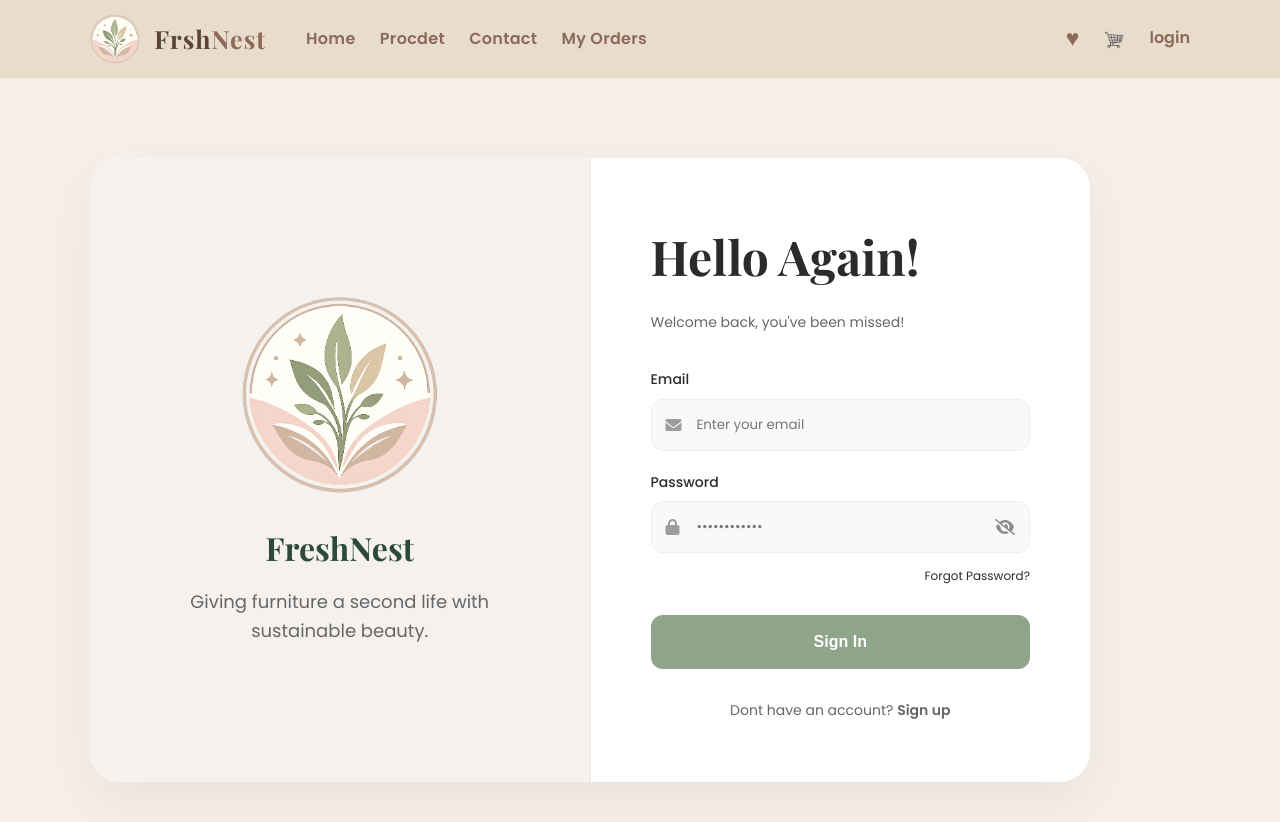
Repository: superiorshipet/php_edit
Page: http://localhost/login.php
The author's editor kept a copy of each file at every save. The page is drawn from the files as they stood at one save, then again after the next save.
The browser window is 1280 px wide. The pictures show the whole page.
The page is run by PHP 8.4 with error messages shown; the project is at /var/www/html/.

Above is the page before, as saved 2026-05-08 18:41:16.

After the next save:
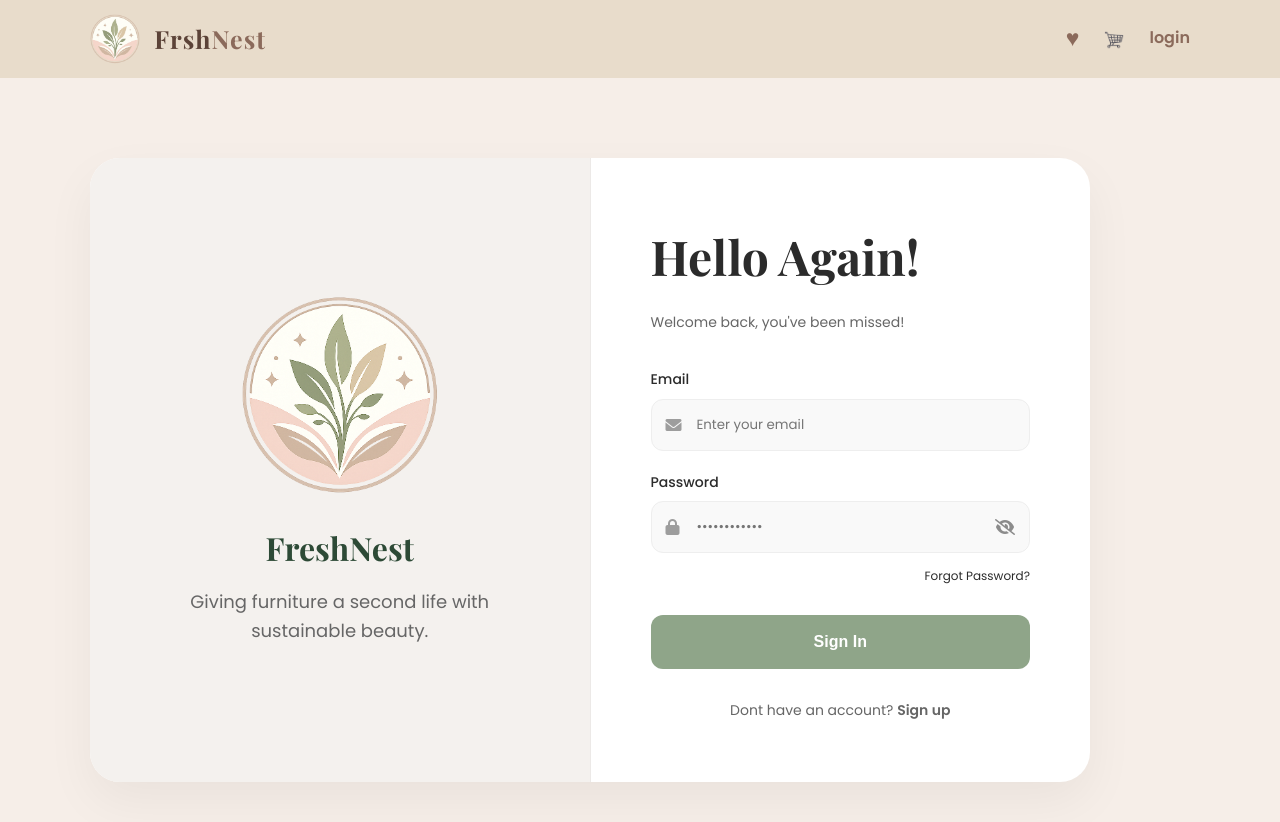
Saved 25 min 58 s later.
--- a/login.php
+++ b/login.php
@@ -54,14 +54,6 @@ if ($_SERVER["REQUEST_METHOD"] == "POST") {
           <span class="fresh">Frsh</span><span class="nest">Nest</span>
         </span>
       </a>
-
-      <nav class="nav" aria-label="Main Navigation">
-        <a href="index.php">Home</a>
-        <a href="products.php">Procdet</a>
-        <a href="contact.php">Contact</a>
-        <a href="orders.php">My Orders</a>
-      </nav>
-
       <div class="header-right">
     <a class="header-fav" href="favorites.php">♥<?php if (isset($fav_count) && $fav_count > 0) { ?><span class="fav-count"><?php echo $fav_count; ?></span><?php } ?></a>
     <a class="icon-btn" href="cart.php"><img alt="Cart" class="cart-icon" src="images/icon-cart.png"/></a>
